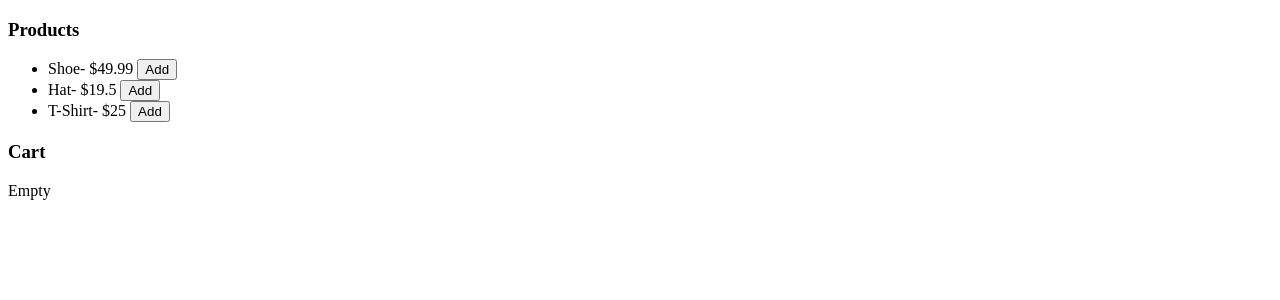
Repository: Vardhan1999/Daily-React-Apps
Page: /
An editor plug-in stored every save of this project. The page is shown before and after the next save, followed by the edit.
The browser window is 1280 px wide. The pictures show the whole page.
The project was rebuilt for these pictures with package versions that can differ from the ones it lists, and the page was loaded fresh each time. Also part of the build but not shown: vite.config.js, src/index.css.

Above is the page before, as saved 2025-11-20 23:52:32.

After the next save:
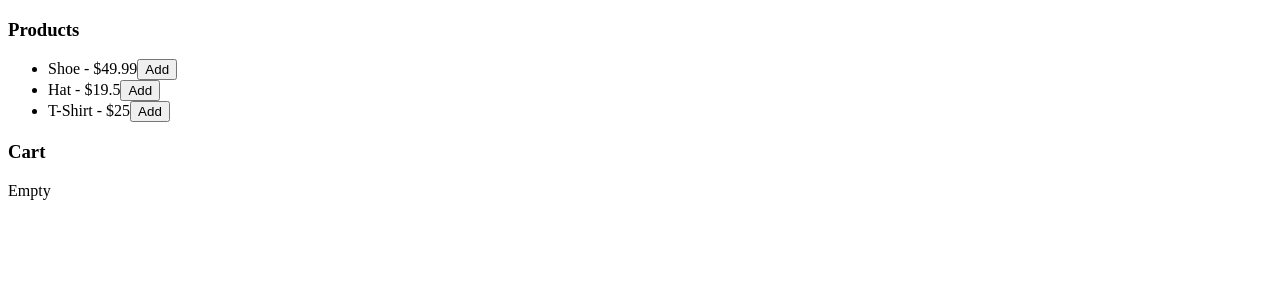
Saved 96 s later.
--- a/src/App.jsx
+++ b/src/App.jsx
@@ -6,6 +6,7 @@ export default function App() {
         { id: 'p2', name: 'Hat', price: 19.5 },
         { id: 'p3', name: 'T-Shirt', price: 25.0 }
     ];
+
     const [cart, setCart] = useState([]);
 
     function addToCart(product) {
@@ -13,12 +14,15 @@ export default function App() {
             const existing = prev.find((p) => p.id === product.id);
 
             if (existing) {
-                return prev.map((p) => p.id === product.id ? { ...p, qty: p.qty + 1 } : p);
+                return prev.map((p) =>
+                    p.id === product.id ? { ...p, qty: p.qty + 1 } : p
+                );
             }
 
             return [...prev, { ...product, qty: 1 }];
-        })
+        });
     }
+
     function removeFromCart(id) {
         setCart((prev) => prev.filter(p => p.id !== id));
     }
@@ -30,19 +34,35 @@ export default function App() {
     return (
         <div>
             <h3>Products</h3>
+
             <ul>
-                {products.map(p => (<li key={p.id}>{p.name}- ${p.price} <button onClick={() => addToCart(p)}>Add</button></li>))}
+                {products.map(p => (
+                    <li key={p.id}>
+                        {p.name} - ${p.price}
+                        <button onClick={() => addToCart(p)}>Add</button>
+                    </li>
+                ))}
             </ul>
+
             <h3>Cart</h3>
+
             {cart.length === 0 ? (
                 <p>Empty</p>
             ) : (
-                <ul>
-                    {cart.map(item => (
-                        <li key={item.id}>{item.name} x {item.qty}-$ {(item.qty * item.price).toFixed(2)} <button onClick={() => removeFromCart(item.id)}>Remove</button></li>
-                    ))}
-                </ul>
+                <>
+                    <ul>
+                        {cart.map(item => (
+                            <li key={item.id}>
+                                {item.name} x {item.qty} — $
+                                {(item.qty * item.price).toFixed(2)}
+                                <button onClick={() => removeFromCart(item.id)}>Remove</button>
+                            </li>
+                        ))}
+                    </ul>
+
+                    <strong>Total: ${total}</strong>
+                </>
             )}
         </div>
-    )
+    );
 }
